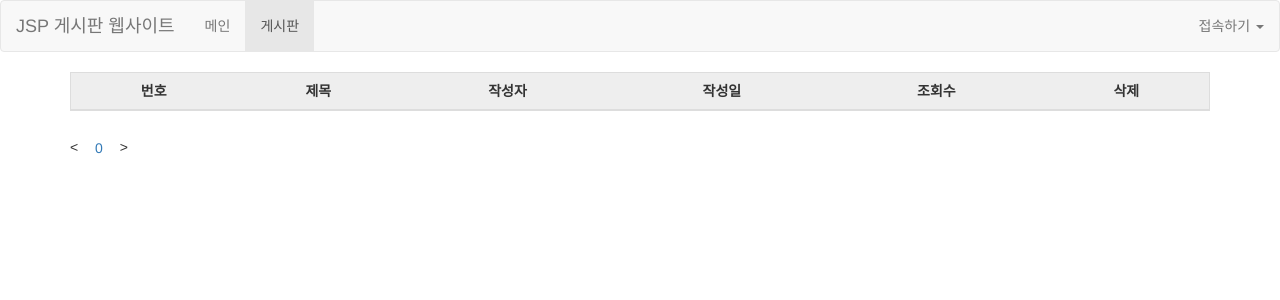
Repository: serendipity63/mychelin
Page: http://localhost/board/WEB-INF/views/boardlist.jsp
The author's editor kept a copy of each file at every save. The page is drawn from the files as they stood at one save, then again after the next save.
The browser window is 1280 px wide. The pictures show the whole page.
Some web libraries are served in a nearby version. The page is served by Tomcat 9. Nobody is signed in. The template is opened directly, without the code that normally fills it, so the values that code supplies are empty.

Above is the page before, as saved 2024-01-10 23:49:30.

After the next save:
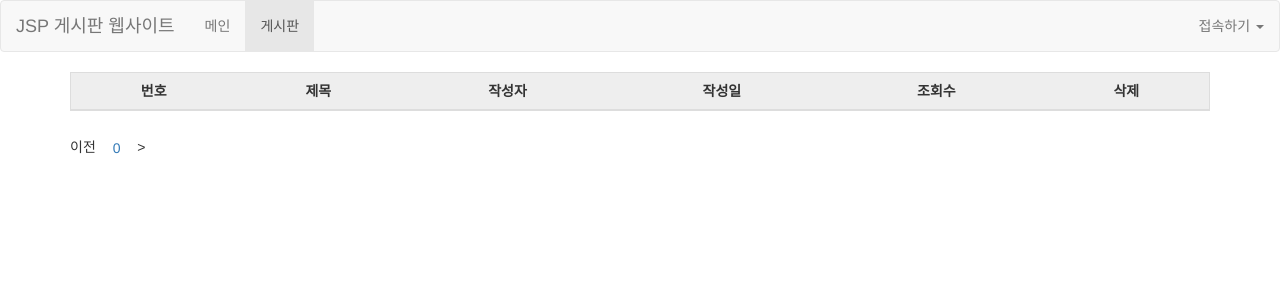
Saved 3 min 24 s later.
--- a/board/src/main/webapp/WEB-INF/views/boardlist.jsp
+++ b/board/src/main/webapp/WEB-INF/views/boardlist.jsp
@@ -99,7 +99,7 @@
 					onclick="return callBtn(${pageInfo.curPage-1 });" class="btn btn-success btn-arrow-left">이전</a>
 			</c:when>
 			<c:otherwise>
-	 		&lt;
+	 		이전
 	 	</c:otherwise>
 		</c:choose>
 
